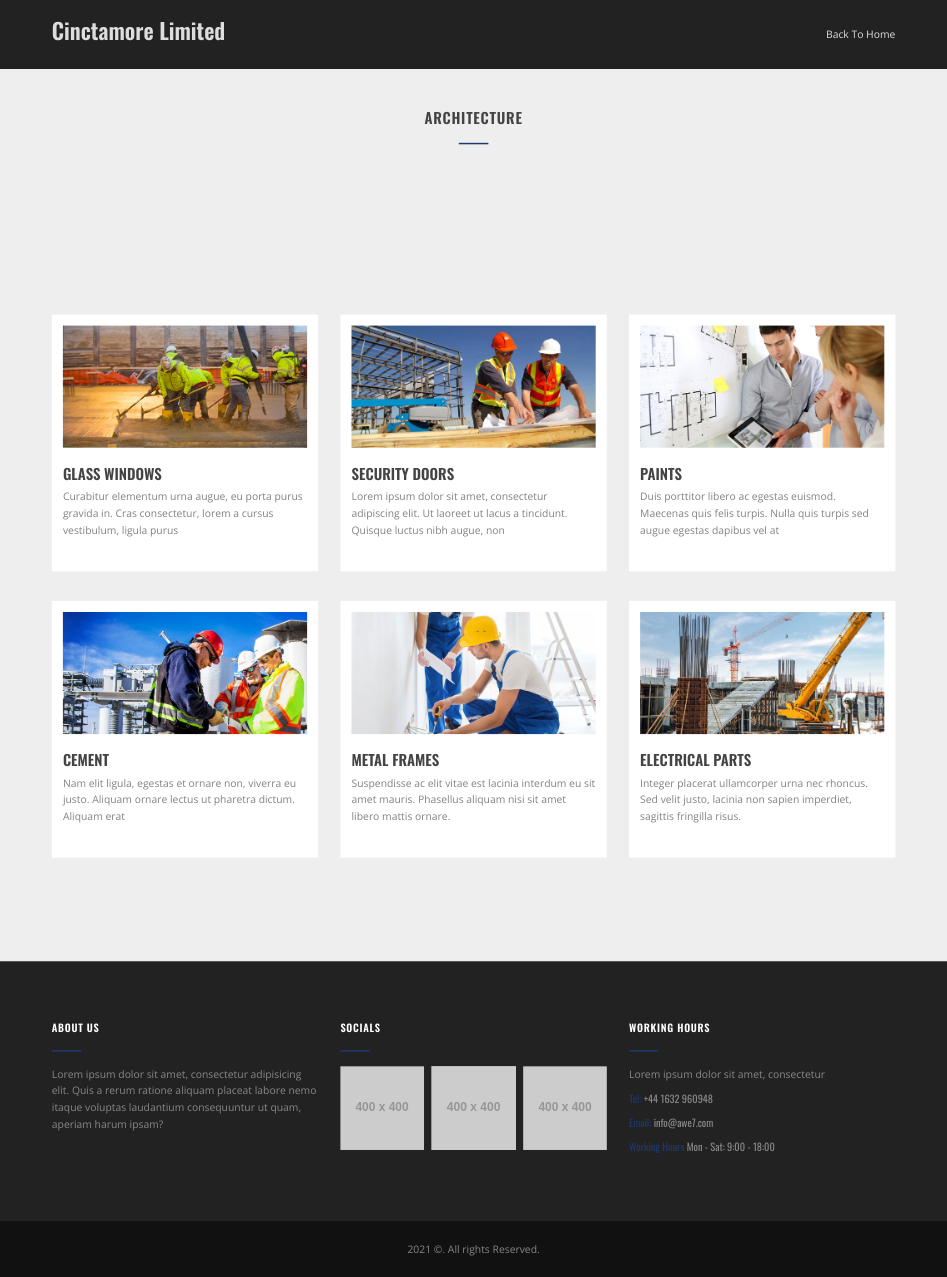
Repository: techieaccl/techieaccl.github.io
Page: architecture.html
The author's editor kept a copy of each file at every save. The page is drawn from the files as they stood at one save, then again after the next save.
The browser window is 1280 px wide. The pictures show the whole page, at 74% of full size.
Some web fonts or font styles are not loaded; a fallback is used.

Above is the page before, as saved 2021-09-09 14:55:49.

After the next save:
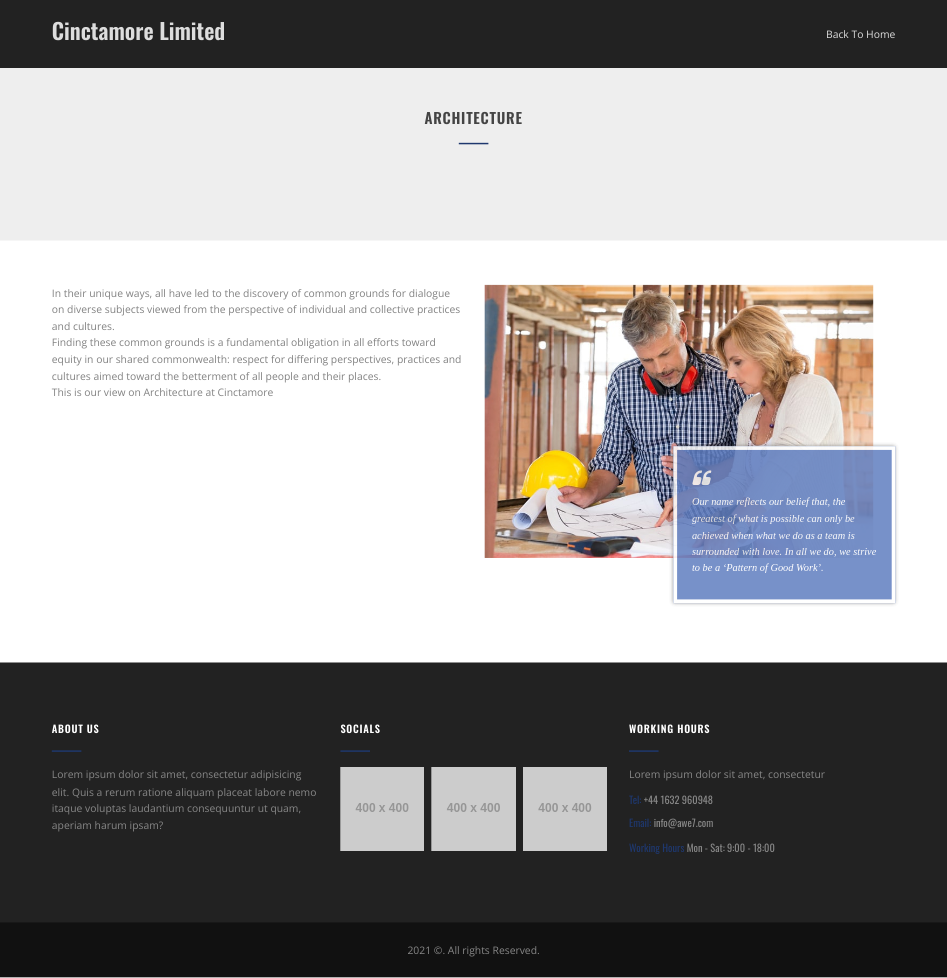
Saved 6 min 52 s later.
--- a/architecture.html
+++ b/architecture.html
@@ -67,79 +67,35 @@
 				<!-- End / Section -->
 
 				<!-- Section -->
-				<section class="md-section">
+				<section class="md-section" style="background-color:#fff;padding:60px 0;">
 					<div class="container">
-						<div class="row row-eq-height">
-							<div class="col-sm-6 col-md-6 col-lg-4 ">
+						<!-- Our Name -->
+						<div class="row">
+							<div class="col-lg-6 ">
+								<div class="mb-30">
+									<p>
+										In their unique ways, all have led to the discovery of common grounds for
+										dialogue on diverse subjects viewed from the perspective of individual and
+										collective practices and cultures.<br>
+										Finding these common grounds is a fundamental obligation in all efforts
+										toward equity in our shared commonwealth: respect for differing perspectives,
+										practices and cultures aimed toward the betterment of all people and their
+										places.<br>
+										This is our view on Architecture at Cinctamore </p><br>
+								</div>
+							</div>
+							<div class="col-lg-6 ">
 
-								<!-- services -->
-								<div class="services">
-									<div class="services__img"><img src="assets/img/service/1.jpg" alt=""/></div>
-									<h2 class="services__title">Glass Windows</h2>
-									<div class="services__desc">Curabitur elementum urna augue, eu porta purus gravida in. Cras consectetur, lorem a cursus vestibulum, ligula purus</div>
+								<!-- about -->
+								<div class="about"><img src="assets/img/about/2.jpg" alt=""/>
 
+									<!-- quote-02 -->
+									<blockquote class="quote-02 about-quote">
+										<p class="quote-02__text">Our name reflects our belief that, the greatest of what is possible can only be achieved when what we do as a team is surrounded with love. In all we do, we strive to be a ‘Pattern of Good Work’.</p>
 
-								</div><!-- End / services -->
+									</blockquote><!-- End / quote-02 -->
 
-							</div>
-							<div class="col-sm-6 col-md-6 col-lg-4 ">
-
-								<!-- services -->
-								<div class="services">
-									<div class="services__img"><img src="assets/img/service/2.jpg" alt=""/></div>
-									<h2 class="services__title">Security Doors</h2>
-									<div class="services__desc">Lorem ipsum dolor sit amet, consectetur adipiscing elit. Ut laoreet ut lacus a tincidunt. Quisque luctus nibh augue, non</div>
-
-
-								</div><!-- End / services -->
-
-							</div>
-							<div class="col-sm-6 col-md-6 col-lg-4 ">
-
-								<!-- services -->
-								<div class="services">
-									<div class="services__img"><img src="assets/img/service/3.jpg" alt=""/></div>
-									<h2 class="services__title">Paints</h2>
-									<div class="services__desc">Duis porttitor libero ac egestas euismod. Maecenas quis felis turpis. Nulla quis turpis sed augue egestas dapibus vel at</div>
-
-
-								</div><!-- End / services -->
-
-							</div>
-							<div class="col-sm-6 col-md-6 col-lg-4 ">
-
-								<!-- services -->
-								<div class="services">
-									<div class="services__img"><img src="assets/img/service/4.jpg" alt=""/></div>
-									<h2 class="services__title">Cement</h2>
-									<div class="services__desc">Nam elit ligula, egestas et ornare non, viverra eu justo. Aliquam ornare lectus ut pharetra dictum. Aliquam erat</div>
-
-
-								</div><!-- End / services -->
-
-							</div>
-							<div class="col-sm-6 col-md-6 col-lg-4 ">
-
-								<!-- services -->
-								<div class="services">
-									<div class="services__img"><img src="assets/img/service/5.jpg" alt=""/></div>
-									<h2 class="services__title">Metal Frames</h2>
-									<div class="services__desc">Suspendisse ac elit vitae est lacinia interdum eu sit amet mauris. Phasellus aliquam nisi sit amet libero mattis ornare.</div>
-
-
-								</div><!-- End / services -->
-
-							</div>
-							<div class="col-sm-6 col-md-6 col-lg-4 ">
-
-								<!-- services -->
-								<div class="services">
-									<div class="services__img"><img src="assets/img/service/6.jpg" alt=""/></div>
-									<h2 class="services__title">Electrical Parts</h2>
-									<div class="services__desc">Integer placerat ullamcorper urna nec rhoncus. Sed velit justo, lacinia non sapien imperdiet, sagittis fringilla risus.</div>
-
-
-								</div><!-- End / services -->
+								</div><!-- End / about -->
 
 							</div>
 						</div>
